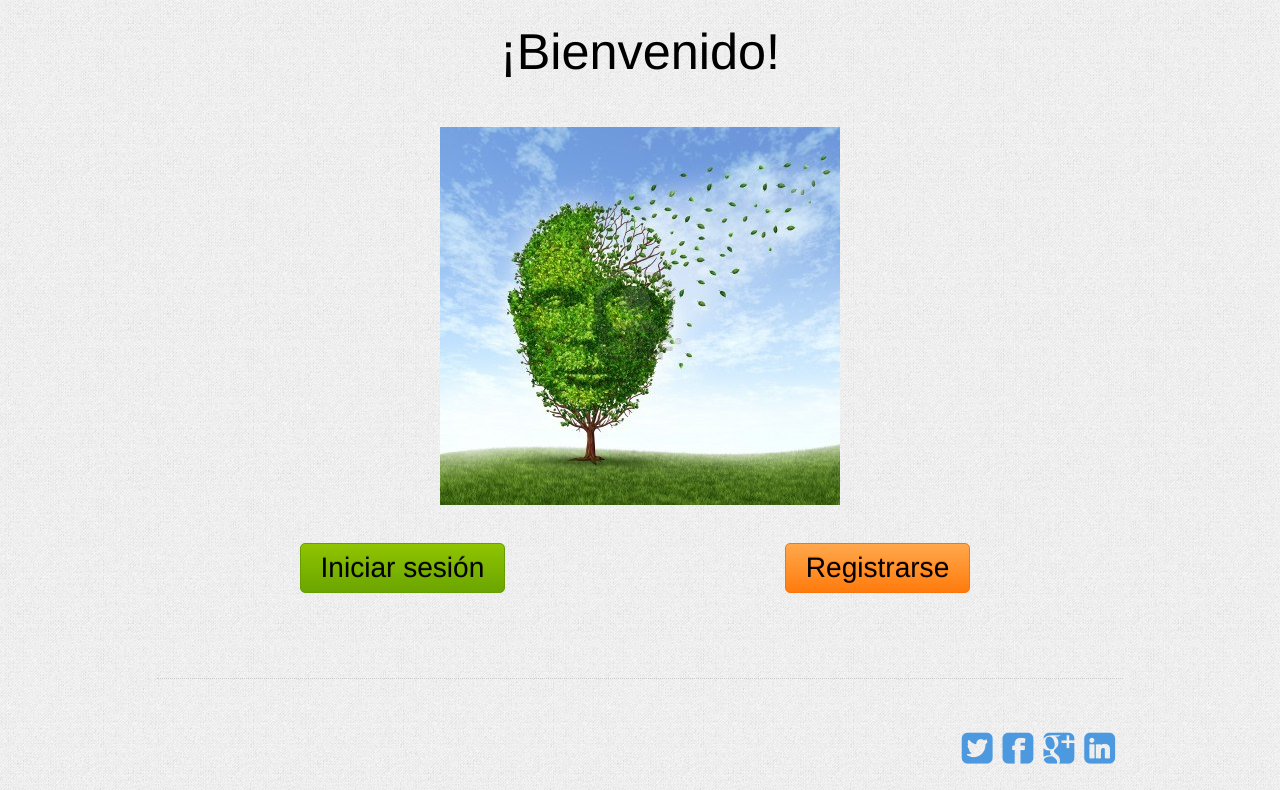
Repository: SCeruso/RememberMe
Page: bienvenido.html
The author's editor kept a record of every edit. The page is drawn from the files as they stood at one moment, then again after the next edit.
The browser window is 1280 px wide. The pictures show the whole page.
Some web libraries are served in a nearby version.

Above is the page before.

After the next edit:
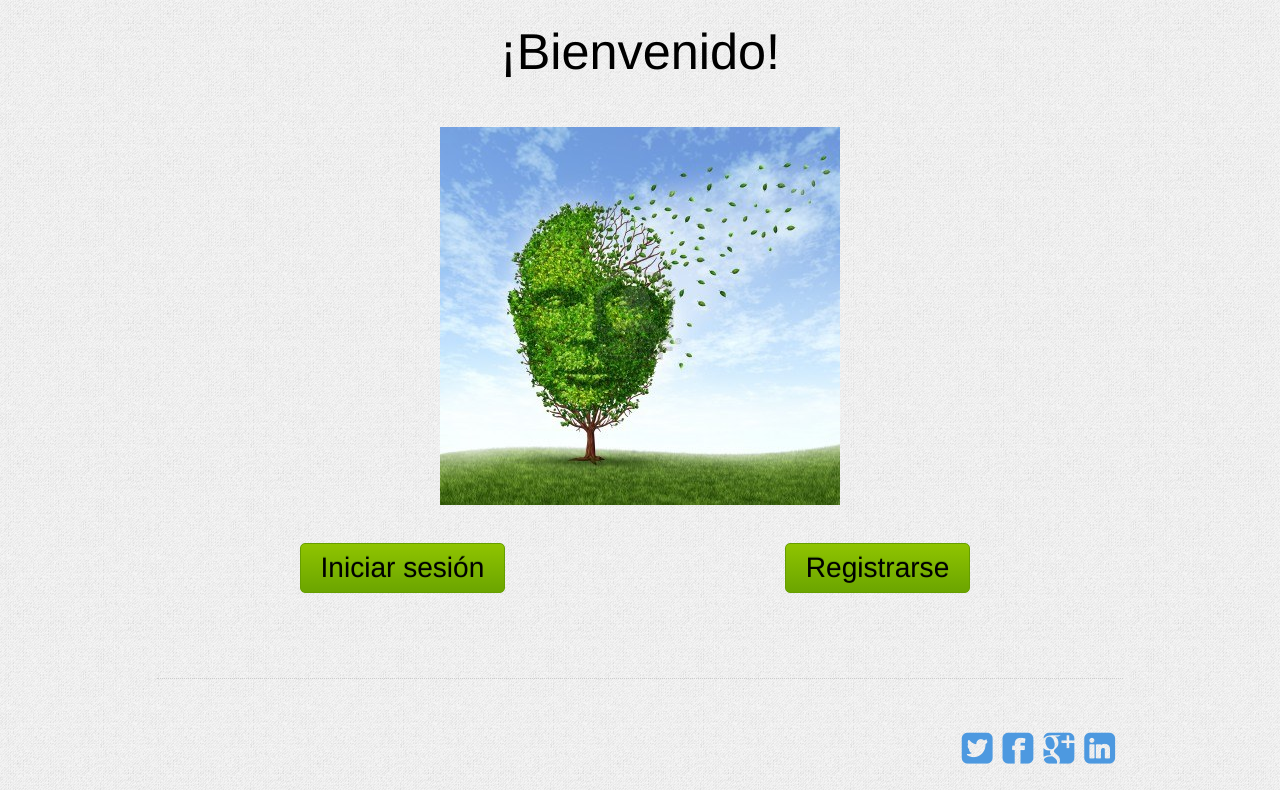
The edit:
--- a/bienvenido.html
+++ b/bienvenido.html
@@ -36,7 +36,7 @@
 	</div>
 	<div class="col_6">
 		<h5 style="margin-bottom:40px;" class="center">
-            		<p><a class="large button orange" href="registrarse.html"><font color="black">Registrarse</font></a></p>
+            		<p><a class="large button green" href="registrarse.html"><font color="black">Registrarse</font></a></p>
         	</h5>
 	</div>
 	</div>
